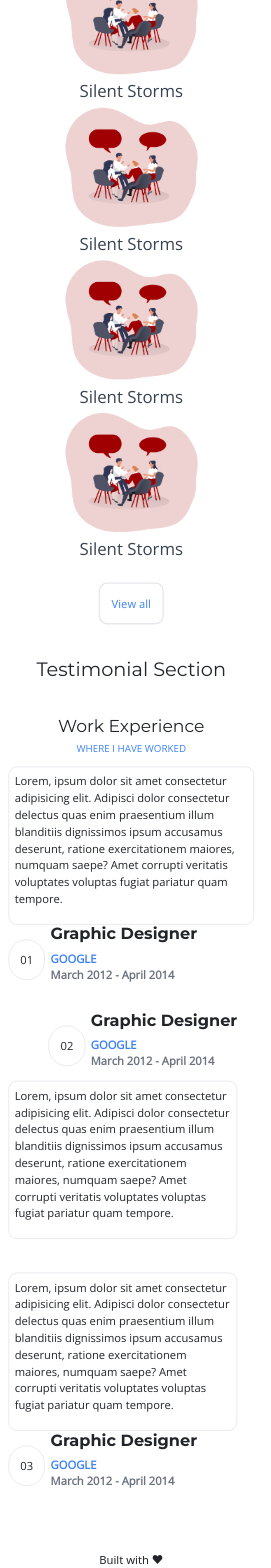
Repository: latenightsnacc/giggles
Page: HTML/freelancer.html
The author's editor kept a copy of each file at every save. The page is drawn from the files as they stood at one save, then again after the next save.
The browser window is 375 px wide. The page is 375 px wide, then 387 px, then 375 px, so the pictures cover 387 px, including what lies to the right of the window. The pictures show the part of the page from y = 3350 to 5590 px (the page is 5590 px tall), at 70% of full size.
Some web libraries are served in a nearby version.

Above is the page before, as saved 2021-01-03 18:38:57.

### HTML/freelancer.html
<!DOCTYPE html>
<html lang="en">
<head>
    <meta charset="UTF-8">
    <meta name="viewport" content="width=device-width, initial-scale=1.0">
    <link href="https://cdnjs.cloudflare.com/ajax/libs/tailwindcss/2.0.2/tailwind.min.css" rel="stylesheet">
    <link rel="stylesheet" href="https://stackpath.bootstrapcdn.com/font-awesome/4.7.0/css/font-awesome.min.css" />
    <link href="https://cdn.jsdelivr.net/npm/bootstrap@5.0.0-beta1/dist/css/bootstrap.min.css" rel="stylesheet" integrity="sha384-giJF6kkoqNQ00vy+HMDP7azOuL0xtbfIcaT9wjKHr8RbDVddVHyTfAAsrekwKmP1" crossorigin="anonymous">
    <link rel="stylesheet" href="stylesheet.css">
    <title>Freelancer Page</title>
</head>
<body class="overflow-x-hidden">
    <header class="container">
        <nav class="navbar navbar-expand-lg navbar-light bg-white">
            <div class="container-fluid">
              <a class="navbar-brand" href="#">Navbar</a>
              <button class="navbar-toggler" type="button" data-bs-toggle="collapse" data-bs-target="#navbarNavDropdown" aria-controls="navbarNavDropdown" aria-expanded="false" aria-label="Toggle navigation">
                <span class="navbar-toggler-icon"></span>
              </button>
              <div class="collapse navbar-collapse" id="navbarNavDropdown">
                <ul class="navbar-nav ml-auto">
                  <li class="nav-item">
                    <a class="nav-link active" aria-current="page" href="#">About</a>
                  </li>
                  <li class="nav-item">
                    <a class="nav-link" href="#">Services</a>
                  </li>
                  <li class="nav-item">
                    <a class="nav-link" href="#">My Work</a>
                  </li>
                  <li class="nav-item">
                    <a class="nav-link" href="#">Contact</a>
                  </li>
                  <!-- <li class="nav-item dropdown">
                    <a class="nav-link dropdown-toggle" href="#" id="navbarDropdownMenuLink" role="button" data-bs-toggle="dropdown" aria-expanded="false">
                      Dropdown link
                    </a>
                    <ul class="dropdown-menu" aria-labelledby="navbarDropdownMenuLink">
                      <li><a class="dropdown-item" href="#">Action</a></li>
                      <li><a class="dropdown-item" href="#">Another action</a></li>
                      <li><a class="dropdown-item" href="#">Something else here</a></li>
                    </ul>
                  </li> -->
                </ul>
              </div>
            </div>
        </nav>
    </header>
    <main>
        <!--User Banner-->
        <div class="container mt-5">
            <div class="row flex items-center h-auto">
                <div class="col-sm-12 col-md-4 col-lg-4 col-xl-4">
                    <img src="assets/userDp.jpg" alt="Profile Picture">
                </div>
                <div class="col-sm-12 col-md-8 col-lg-8 col-xl-8">
                    <div class="user-info">
                        <span class="semi-bold text-blue-500 py-10">Hello I'm</span>
                        <h1>Timothy Michael</h1>
                        <h2>Professional Wedding Photographer</h2>
                        <p>Lorem ipsum dolor, sit amet consectetur adipisicing elit. Deserunt, et! Itaque consequuntur ratione quisquam quis, similique cum magni rem ipsam.</p>
                        <div class="mt-2">
                            <a href="#" class="text-xl text-gray-500 no-underline hover:text-blue-700">
                                <i class="fa fa-facebook-f"></i>
                            </a>
                            <a href="#" class="text-xl ml-5 text-gray-500 no-underline hover:text-blue-700">
                                <i class="fa fa-instagram"></i>
                            </a>
                            <a href="#" class="text-xl ml-5 text-gray-500 no-underline hover:text-blue-700">
                                <i class="fa fa-twitter"></i>
                            </a>
                            <a href="#" class="text-xl ml-5 text-gray-500 no-underline hover:text-blue-700">
                                <i class="fa fa-linkedin"></i>
                            </a>
                        </div>
                        <div class="flex flex-row ">
                            <button class="bg-blue-500 hover:bg-blue-700 text-white p-3 semi-bold rounded-xl shadow-2xl my-3">Hire me</button>
                            <button class="bg-blue-500 hover:bg-blue-700 text-white p-3 semi-bold rounded-xl shadow-2xl my-3 mx-3">Collaborate</button>
                        </div>

                    </div>
                </div>
            </div>
        </div>
        <!--User Statisitics-->
        <div class="stats w-full bg-gray-50 flex items-center h-auto py-3 mt-5">
            <div class="container">
                <div class="row">
                    <div class="stat-box col text-center">
                        <div class="bold text-4xl text-black">0</div>
                        <p class="text-sm text-gray-400">Projects completed</p>

                    </div>
                    <div class="stat-box col text-center">
                        <div class="bold text-4xl text-black">0</div>
                        <p class="text-sm text-gray-400">Years of Experience</p>
                    </div>
                    <div class="stat-box col text-center">
                        <div class="bold text-4xl text-black">0</div>
                        <p class="text-sm text-gray-400">Happy Clients</p>
                    </div>
                    <div class="stat-box col text-center">
                        <div class="bold text-4xl text-black">0</div>
                        <p class="text-sm text-gray-400">Collaborations</p>
                    </div>
                </div>
            </div>
        </div>
        <!--About User-->
        <div class="container my-5">
            <div class="row h-auto flex flex-row items-center">
                <div class="col-sm-12 col-md-6 col-lg-4 col-xl-4 pt-5">
                    <h3 class="text-4xl">About Timothy</h3>
                    <p class="text-sm text-blue-700 uppercase semi-bold">Why should you hire me?</p>
                </div>
                <div class="col-sm-12 col-md-6 col-lg-8 col-xl-8 pt-3">
                    <p>Lorem ipsum dolor sit amet consectetur, adipisicing elit. Deleniti amet fugit consectetur perferendis fuga ad numquam mollitia facere obcaecati quam inventore ullam officiis esse rerum soluta laboriosam temporibus, illum aspernatur possimus corrupti quos deserunt, praesentium dolorum officia. Ea aliquam error ut voluptatum omnis velit, at ipsa dolorum harum? Temporibus, natus.</p>
                    <span class="bold text-blue-500">Skills on a Scale of 1 - 10</span>
                    <div class="d-flex flex-wrap">
                        <div class="skill-box shadow-xl max-w-sm w-24 p-2 ml-3 mt-3 border border-gray-100 rounded-xl flex flex-col items-center justify-center text-center">

                            <span class="text-blue-700 bold text-4xl">6</span>
                            <div class="text-sm text-gray-400">HTML</div>
                        </div>
                        <div class="skill-box shadow-xl max-w-sm w-24 p-2 ml-3 mt-3 border border-gray-100 rounded-xl flex flex-col items-center justify-center text-center">

                            <span class="text-blue-700 bold text-4xl">6</span>
                            <div class="text-sm text-gray-400">CSS</div>
                        </div>
                        <div class="skill-box shadow-xl max-w-sm w-24 p-2 ml-3 mt-3 border border-gray-100 rounded-xl flex flex-col items-center justify-center text-center">

                            <span class="text-blue-700 bold text-4xl">6</span>
                            <div class="text-sm text-gray-400">UI/UX</div>
                        </div>
                        <div class="skill-box shadow-xl max-w-sm w-24 p-2 ml-3 mt-3 border border-gray-100 rounded-xl flex flex-col items-center justify-center text-center">

                            <span class="text-blue-700 bold text-4xl">6</span>
                            <div class="text-sm text-gray-400">Photography</div>
                        </div>
                        <div class="skill-box shadow-xl max-w-sm w-24 p-2 ml-3 mt-3 border border-gray-100 rounded-xl flex flex-col items-center justify-center text-center">

                            <span class="text-blue-700 bold text-4xl">6</span>
                            <div class="text-sm text-gray-400">Branding</div>
                        </div>
                        <div class="skill-box shadow-xl max-w-sm w-24 p-2 ml-3 mt-3 border border-gray-100 rounded-xl flex flex-col items-center justify-center text-center">

                            <span class="text-blue-700 bold text-4xl">6</span>
                            <div class="text-sm text-gray-400">Mobile App Development</div>
                        </div>
                    </div>
                </div>
            </div>
        </div>
        <!--Services User Provides-->
        <div class="container my-5">
            <h2 class="text-center">Services</h2>
            <p class="text-blue-500 text-sm uppercase text-center uppercase">What I can do for you</p>
            <div class="row">
                <div class="col-xs-12 col-sm-12 col-md-3 col-lg-3 col-xl-4">
                    <div class="max-w-sm shadow-2xl border border-blue-300 rounded-xl p-3 m-3 hover:bg-blue-500 hover:text-white">
                        <div class="service-title text-2xl bold  pb-2">Graphic Design</div>
                        <p class="text-md text-gray-400 hover:text-gray-50">Lorem ipsum dolor sit aconsect dipisicing elit, sed do eiusmod to incididunt uabore etdolore magna aliqua.</p>
                    </div>
                </div>
                <div class="col-xs-12 col-sm-12 col-md-3 col-lg-3 col-xl-4">
                    <div class="max-w-sm shadow-2xl border border-blue-300 rounded-xl p-3 m-3 hover:bg-blue-500 hover:text-white">
                        <div class="service-title text-2xl bold  pb-2">Graphic Design</div>
                        <p class="text-md text-gray-400 hover:text-gray-50">Lorem ipsum dolor sit aconsect dipisicing elit, sed do eiusmod to incididunt uabore etdolore magna aliqua.</p>
                    </div>
                </div>
                <div class="col-xs-12 col-sm-12 col-md-3 col-lg-3 col-xl-4">
                    <div class="max-w-sm shadow-2xl border border-blue-300 rounded-xl p-3 m-3 hover:bg-blue-500 hover:text-white">
                        <div class="service-title text-2xl bold  pb-2">Graphic Design</div>
                        <p class="text-md text-gray-400 hover:text-gray-50">Lorem ipsum dolor sit aconsect dipisicing elit, sed do eiusmod to incididunt uabore etdolore magna aliqua.</p>
                    </div>
                </div>
                <div class="col-xs-12 col-sm-12 col-md-3 col-lg-3 col-xl-4">
                    <div class="max-w-sm shadow-2xl border border-blue-300 rounded-xl p-3 m-3 hover:bg-blue-500 hover:text-white">
                        <div class="service-title text-2xl bold  pb-2">Graphic Design</div>
                        <p class="text-md text-gray-400 hover:text-gray-50">Lorem ipsum dolor sit aconsect dipisicing elit, sed do eiusmod to incididunt uabore etdolore magna aliqua.</p>
                    </div>
                </div>
                <div class="col-xs-12 col-sm-12 col-md-3 col-lg-3 col-xl-4">
                    <div class="max-w-sm shadow-2xl border border-blue-300 rounded-xl p-3 m-3 hover:bg-blue-500 hover:text-white">
                        <div class="service-title text-2xl bold  pb-2">Graphic Design</div>
                        <p class="text-md text-gray-400 hover:text-gray-50">Lorem ipsum dolor sit aconsect dipisicing elit, sed do eiusmod to incididunt uabore etdolore magna aliqua.</p>
                    </div>
                </div>
            </div>

        </div>
        <!--Gallery / User Porfolio-->
        <div class="container my-5">
            <h2 class="text-center">Porfolio---</h2>
            <p class="text-blue-500 text-sm uppercase  uppercase text-center">Latest Projects</p>

            <div class="row mx-auto">
                <div class="col-xs-12 col-sm-12 col-md-6 col-lg-3 col-xl-3">
                    <a href="#" class="no-underline text-center flex flex-col items-center">
                        <img src="assets/brainstorming_session__monochromatic.jpg" alt="latest project" />
                        <div class="title-project text-gray-700 bold text-2xl  hover:underline hover:text-blue-500 py-2">Silent Storms</div>
                    </a>
                </div>
                <div class="col-xs-12 col-sm-12 col-md-6 col-lg-3 col-xl-3">
                    <a href="#" class="no-underline text-center flex flex-col items-center">
                        <img src="assets/brainstorming_session__monochromatic.jpg" alt="latest project" />
                        <div class="title-project text-gray-700 bold text-2xl  hover:underline hover:text-blue-500 py-2">Silent Storms</div>
                    </a>
                </div>
                <div class="col-xs-12 col-sm-12 col-md-6 col-lg-3 col-xl-3">
                    <a href="#" class="no-underline text-center flex flex-col items-center">
                        <img src="assets/brainstorming_session__monochromatic.jpg" alt="latest project" />
                        <div class="title-project text-gray-700 bold text-2xl  hover:underline hover:text-blue-500 py-2">Silent Storms</div>
                    </a>
                </div>
                <div class="col-xs-12 col-sm-12 col-md-6 col-lg-3 col-xl-3">
                    <a href="#" class="no-underline text-center flex flex-col items-center">
                        <img src="assets/brainstorming_session__monochromatic.jpg" alt="latest project" />
                        <div class="title-project text-gray-700 bold text-2xl  hover:underline hover:text-blue-500 py-2">Silent Storms</div>
                    </a>
                </div>

            </div>
            <div class="flex justify-center my-4">
                <button class="text-center bg-white border-2 text-blue-500  p-3 semi-bold rounded-xl hover:border-blue-500">View all</button>
            </div>

        </div>
        <!--Testimonial Section-->
        <div class="container my-5">
            <h1 class="text-center">Testimonial Section</h1>
        </div>
        <!--Work Experience-->
        <div class="container my-5 work-experience">
            <h2 class="text-center">Work Experience</h2>
            <p class="text-blue-500 text-sm uppercase text-center uppercase">Where I have worked</p>
            <!--Row 1-->
            <div class="row align-items-center">
                <div class="col-xs-12 col-sm-12 col-md-6 col-lg-6 col-xl-6">
                    <div class="text p-2 border border-blue-500 rounded-xl text ">
                        <p>Lorem, ipsum dolor sit amet consectetur adipisicing elit. Adipisci dolor consectetur delectus quas enim praesentium illum blanditiis dignissimos ipsum accusamus deserunt, ratione exercitationem maiores, numquam saepe? Amet corrupti veritatis voluptates voluptas fugiat pariatur quam tempore.</p>
                    </div>

                </div>
                <div class="col-xs-12 col-sm-12 col-md-6 col-lg-6 col-xl-6">
                    <div class="flex flex-row items-center">
                        <span class="no border border-blue-500 rounded-full p-3">01</span>
                        <div class="details ml-2">
                            <h3 class="job-title font-bold">Graphic Designer</h3>
                            <span class="company uppercase font-semibold text-blue-500 my-2">Google</span>
                            <p class="experience text-gray-500 font-semibold text-md">March 2012 - April 2014</p>
                        </div>

                </div>
            </div>
            <!--Row 2-->
            <div class="row my-4 align-items-center">
                <div class="col-xs-12 col-sm-12 col-md-6 col-lg-6 col-xl-6">
                    <div class="flex flex-row items-center float-right">
                        <span class="no border border-blue-500 rounded-full p-3">02</span>
                        <div class="details ml-2">
                            <h3 class="job-title font-bold">Graphic Designer</h3>
                            <span class="company uppercase font-semibold text-blue-500 my-2">Google</span>
                            <p class="experience text-gray-500 font-semibold text-md">March 2012 - April 2014</p>
                        </div>
                    </div>
                </div>
                <div class="col-xs-12 col-sm-12 col-md-6 col-lg-6 col-xl-6">

                    <div class="text p-2 border border-blue-500 rounded-xl text ">
                        <p>Lorem, ipsum dolor sit amet consectetur adipisicing elit. Adipisci dolor consectetur delectus quas enim praesentium illum blanditiis dignissimos ipsum accusamus deserunt, ratione exercitationem maiores, numquam saepe? Amet corrupti veritatis voluptates voluptas fugiat pariatur quam tempore.</p>
                    </div>
                </div>
            </div>
            <!--Row 3-->
            <div class="row my-4 align-items-center">
                <div class="col-xs-12 col-sm-12 col-md-6 col-lg-6 col-xl-6">
                    <div class="text p-2 border border-blue-500 rounded-xl text ">
                        <p>Lorem, ipsum dolor sit amet consectetur adipisicing elit. Adipisci dolor consectetur delectus quas enim praesentium illum blanditiis dignissimos ipsum accusamus deserunt, ratione exercitationem maiores, numquam saepe? Amet corrupti veritatis voluptates voluptas fugiat pariatur quam tempore.</p>
                    </div>

                </div>
                <div class="col-xs-12 col-sm-12 col-md-6 col-lg-6 col-xl-6">
                    <div class="flex flex-row items-center">
                        <span class="no border border-blue-500 rounded-full p-3">03</span>
                        <div class="details ml-2">
                            <h3 class="job-title font-bold">Graphic Designer</h3>
                            <span class="company uppercase font-semibold text-blue-500 my-2">Google</span>
                            <p class="experience text-gray-500 font-semibold text-md">March 2012 - April 2014</p>
                        </div>

                </div>
            </div>
        </div>
    </main>
    <footer class="text-center">Built with &hearts; </footer>
    <script src="https://cdn.jsdelivr.net/npm/bootstrap@5.0.0-beta1/dist/js/bootstrap.bundle.min.js" integrity="sha384-ygbV9kiqUc6oa4msXn9868pTtWMgiQaeYH7/t7LECLbyPA2x65Kgf80OJFdroafW" crossorigin="anonymous"></script>

</body>
</html>

### HTML/stylesheet.css
@import url('https://fonts.googleapis.com/css2?family=Montserrat:wght@400;700&family=Open+Sans:wght@300;400&display=swap');

h1, h2, h3, h4, h5, h6 {
    font-family: 'Montserrat', sans-serif;
}
.user-info h1 {
    line-height: 60px;
    font-size: 50px;
    font-weight: 700;
    margin-top: 20px;
}
.user-info h2 {
    line-height: 27px;
    font-size: 18px;
    font-weight: 400;
    margin-top: 15px;
}
.user-info span {
    line-height: 36px;
    font-size: 30px;
    font-weight: 600;
}
.user-info p {
    margin: 5px 0;
}
.user-info button {
    margin-top: 10px;
}
p, div, a, button {
    font-family: 'Open Sans', sans-serif;
    font-weight: 300;
}

.work-experience .row:hover .text {
    border:2px solid  #3b82f6;

}
.work-experience .row:hover .flex .no {
    border:1px solid #3b82f6;

}

After the next save:
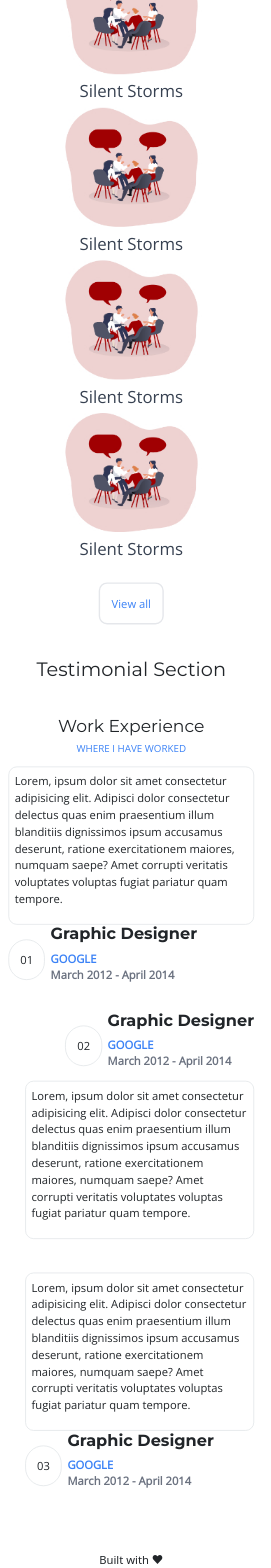
Saved 3 min 23 s later.
--- a/HTML/stylesheet.css
+++ b/HTML/stylesheet.css
@@ -39,3 +39,10 @@ p, div, a, button {
     border:1px solid #3b82f6;
 
 }
+
+@media screen and (max-width:600px){
+    .work-experience .row {
+        flex-direction: row-reverse;
+
+    }
+}

After the save that followed:
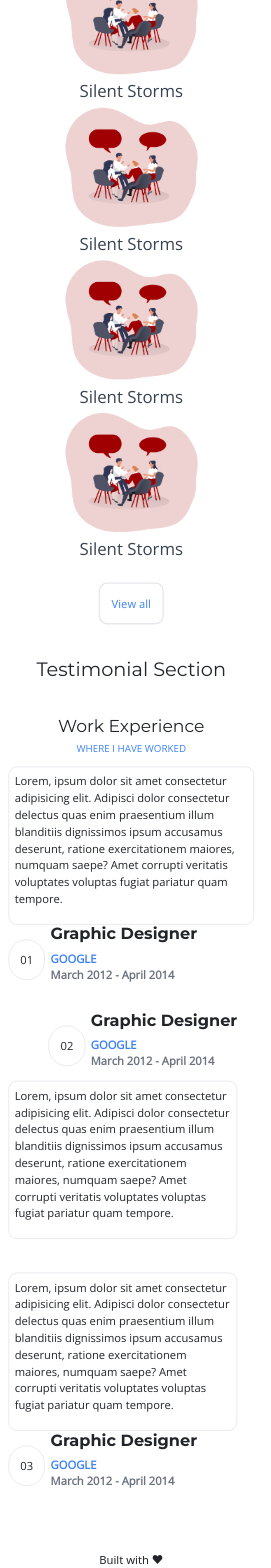
Saved 15 s later.
--- a/HTML/stylesheet.css
+++ b/HTML/stylesheet.css
@@ -42,7 +42,7 @@ p, div, a, button {
 
 @media screen and (max-width:600px){
     .work-experience .row {
-        flex-direction: row-reverse;
+        flex-direction: col-reverse;
 
     }
 }
